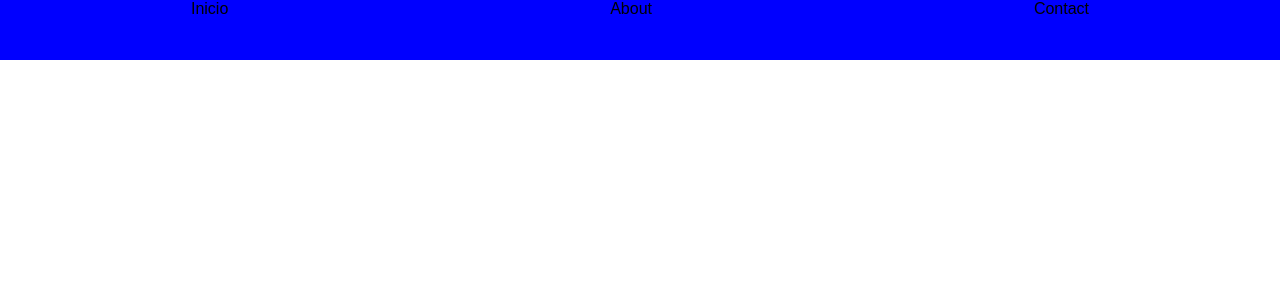
Repository: Toydrum/React-HectorCoronado
Page: /
These files come from the project's save history. The page is drawn as it stood at one moment and after the next save; the edit follows.
The browser window is 1280 px wide. The pictures show the whole page.
The project was rebuilt for these pictures with package versions that can differ from the ones it lists, and the page was loaded fresh each time. Also part of the build but not shown: src/components/Navbar/Navbar.css.

Above is the page before, as saved 2023-06-03 05:38:21.

After the next save:
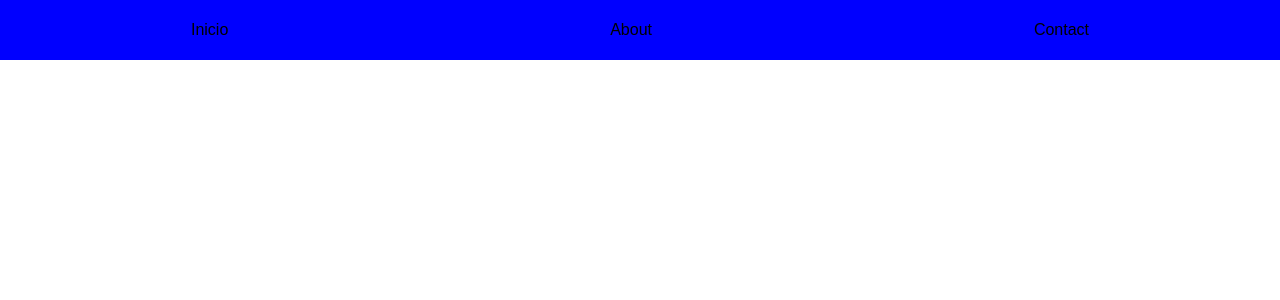
Saved 60 s later.
--- a/src/components/Navbar/Navbar.js
+++ b/src/components/Navbar/Navbar.js
@@ -5,6 +5,7 @@ const styles = {
   NavBar: {
     display: "flex",
     justifyContent: "space-around",
+    alignItems: "center",
     listStyleType: "none",
     fontFamily: "sans-serif",
     backgroundColor: "blue",
